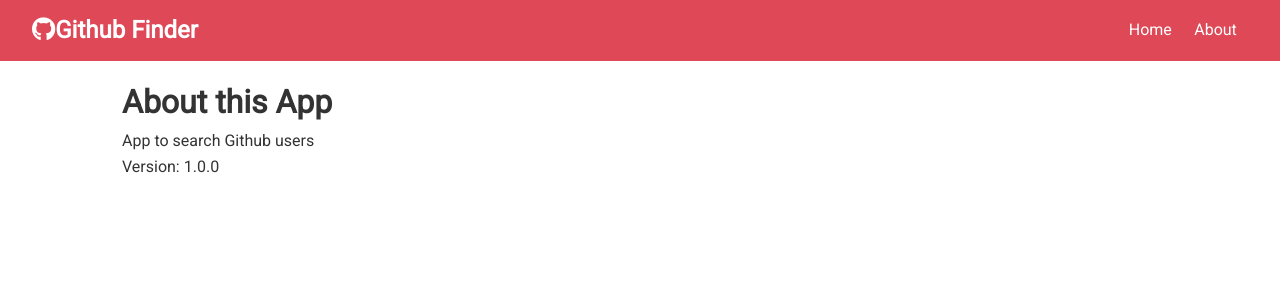
Repository: messimacky/github-finder
Page: /about
These files come from the project's save history. The page is drawn as it stood at one moment and after the next save; the edit follows.
The browser window is 1280 px wide. The pictures show the whole page.
Some web libraries are served in a nearby version. The project was rebuilt for these pictures with package versions that can differ from the ones it lists, and the page was loaded fresh each time. Also part of the build but not shown: src/users/UserItem.js, src/components/layout/Spinner.js, src/users/Users.js, src/users/User.js, src/users/Search.js, src/components/layout/Alert.js.

Above is the page before, as saved 2022-02-26 17:28:01.

### public/index.html
<!DOCTYPE html>
<html lang="en">
  <head>
    <meta charset="utf-8" />
    <link rel="icon" href="%PUBLIC_URL%/favicon.ico" />
    <meta name="viewport" content="width=device-width, initial-scale=1" />
    <meta name="theme-color" content="#000000" />
    <meta
      name="description"
      content="Web site created using create-react-app"
    />
    <link rel="apple-touch-icon" href="%PUBLIC_URL%/logo192.png" />

    <link rel="manifest" href="%PUBLIC_URL%/manifest.json" />

    <link
    rel="stylesheet"
    href="https://use.fontawesome.com/releases/v5.8.2/css/all.css"
    integrity="sha384-oS3vJWv+0UjzBfQzYUhtDYW+Pj2yciDJxpsK1OYPAYjqT085Qq/1cq5FLXAZQ7Ay"
    crossorigin="anonymous"
  />

    <title>React App</title>
  </head>
  <body>
    <noscript>You need to enable JavaScript to run this app.</noscript>
    <div id="root"></div>
  </body>
</html>

### src/App.js
import React, { Fragment, Component } from 'react';
import { BrowserRouter as Router, Switch, Route } from 'react-router-dom';
import Navbar from './components/layout/Navbar';
import Users from './users/Users';
import User from './users/User';
import Search from './users/Search';
import Alert from './components/layout/Alert';
import About from './components/pages/About';
import axios from 'axios';
import './App.css';

class App extends React.Component {
  state = {
    users: [],
    user: {},
    loading: false,
    alert: null
  }

  // async componentDidMount() {
  // this.setState({ loading: true });

  // const res = await axios.get(
  // `https://api.github.com/users?client_id=$
  // {process.env.REACT_APP_GITHUB_CLIENT_ID
  // }&client_secret=${process.env.REACT_APP_GITHUB_CLIENT_SECRET}`
  // );

  // this.setState({ users: res.data, loading: false });
  // }

  //Search Github users
  searchUsers = async text => {
    this.setState({ loading: true })

    const res = await axios.get(
      `https://api.github.com/search/users?q=${text}&client_id=${process.env.REACT_APP_GITHUB_CLIENT_ID
      }&client_secret=${process.env.REACT_APP_GITHUB_CLIENT_SECRET}`
    );

    this.setState({ users: res.data.items, loading: false });
  };


  //Get single Github user
  getUser = async (username) => {
    this.setState({ loading: true })

    const res = await axios.get(
      `https://api.github.com/users/${username}?client_id=${process.env.REACT_APP_GITHUB_CLIENT_ID
      }&client_secret=${process.env.REACT_APP_GITHUB_CLIENT_SECRET}`
    );

    this.setState({ user: res.data, loading: false });

  }

  //Clear users from state

  clearUsers = () => this.setState({ users: [], loading: false });

  //Set Alert

  setAlert = (msg, type) => {
    this.setState({ alert: { msg, type } });

    setTimeout(() => this.setState({ alert: null }), 5000)
  };

  render() {
    const { users, user, loading } = this.state;
    // const numbers = [1, 2, 3, 4];



    return (
      <Router>

        <div className='App'>
          <Navbar />
          <div className="container">
            <Alert alert={this.state.alert} />
            <Switch>
              <Route
                exact path='/'
                render={props => (
                  <Fragment>
                    <Search
                      searchUsers={this.searchUsers}
                      clearUsers={this.clearUsers}
                      showClear={users.length > 0 ? true : false}
                      setAlert={this.setAlert}
                    />
                    <Users loading={loading} users={users} />
                  </Fragment>
                )}

              />
              <Route exact path='/about' component={About} />
              <Route exact path='/user/:login' render={props => (
                <User {...props} getUser={this.getUser} user={user} loading={loading} />
              )} />
            </Switch>


          </div>
        </div>
      </Router>

    );
  }

}

export default App;

### src/components/layout/Navbar.js
import React from 'react'
import PropTypes from 'prop-types';
import { Link } from 'react-router-dom';

const Navbar = ({ icon, title }) => {
  return (
    <nav className='navbar bg-primary'>
      <h1>
        <i className={icon} />
        {title}

      </h1>

      <ul>
        <li>
          <Link to='/'>Home</Link>
        </li>
        <li>
          <Link to='/about'>About</Link>
        </li>

      </ul>
    </nav>
  );
}

Navbar.defaultProps = {
  title: "Github Finder",
  icon: "fab fa-github"
}

Navbar.propTypes = {
  title: PropTypes.string.isRequired,
  icon: PropTypes.string.isRequired
};
export default Navbar

### src/components/pages/About.js
import React, { Fragment } from 'react';

const About = () => {
    return (
        <Fragment>
            <h1> About this App</h1>
            <p>App to search Github users</p>
            <p>Version: 1.0.0</p>
        </Fragment>
    );
};

export default About;

### src/App.css
@import url("https://fonts.googleapis.com/css?family=Roboto");

/* Global Styles */
:root {
  --primary-color: #dc3545;;
  --dark-color: #333333;
  --light-color: #f4f4f4;
  --danger-color: #dc3545;
  --success-color: #28a745;
}

* {
  box-sizing: border-box;
  margin: 0;
  padding: 0;
}

body {
  font-family: "Roboto", sans-serif;
  font-size: 1rem;
  line-height: 1.6;
  background-color: #fff;
  color: #333;
}

a {
  color: var(--primary-color);
  text-decoration: none;
}

a:hover {
  color: #666;
}

ul {
  list-style: none;
}

img {
  width: 100%;
}

/* Utilities */
.container {
  max-width: 1100px;
  margin: auto;
  overflow: hidden;
  padding: 0 2rem;
}

/* Text Styles*/
.x-large {
  font-size: 4rem;
  line-height: 1.2;
  margin-bottom: 1rem;
}

.large {
  font-size: 3rem;
  line-height: 1.2;
  margin-bottom: 1rem;
}

.lead {
  font-size: 1.5rem;
  margin-bottom: 1rem;
}

.text-center {
  text-align: center;
}

.text-primary {
  color: var(--primary-color);
}

.text-dark {
  color: var(--dark-color);
}

.text-success {
  color: var(--success-color);
}

.text-danger {
  color: var(--danger-color);
}

.text-center {
  text-align: center;
}

.text-right {
  text-align: right;
}

.text-left {
  text-align: left;
}

/* Center All */
.all-center {
  display: flex;
  flex-direction: column;
  width: 100%;
  margin: auto;
  justify-content: center;
  align-items: center;
  text-align: center;
}

/* Cards */
.card {
  padding: 1rem;
  border: #ccc 1px dotted;
  margin: 0.7rem 0;
}

/* List */
.list {
  margin: 0.5rem 0;
}

.list li {
  padding-bottom: 0.3rem;
}

/* Padding */
.p {
  padding: 0.5rem;
}
.p-1 {
  padding: 1rem;
}
.p-2 {
  padding: 2rem;
}
.p-3 {
  padding: 3rem;
}
.py {
  padding: 0.5rem 0;
}
.py-1 {
  padding: 1rem 0;
}
.py-2 {
  padding: 2rem 0;
}
.py-3 {
  padding: 3rem 0;
}

/* Margin */
.m {
  margin: 0.5rem;
}
.m-1 {
  margin: 1rem;
}
.m-2 {
  margin: 2rem;
}
.m-3 {
  margin: 3rem;
}
.my {
  margin: 0.5rem 0;
}
.my-1 {
  margin: 1rem 0;
}
.my-2 {
  margin: 2rem 0;
}
.my-3 {
  margin: 3rem 0;
}

/* Grid */
.grid-2 {
  display: grid;
  grid-template-columns: repeat(2, 1fr);
  grid-gap: 1rem;
}

.grid-3 {
  display: grid;
  grid-template-columns: repeat(3, 1fr);
  grid-gap: 1rem;
}

.grid-4 {
  display: grid;
  grid-template-columns: repeat(4, 1fr);
  grid-gap: 1rem;
}

.btn {
  display: inline-block;
  background: var(--light-color);
  color: #333;
  padding: 0.4rem 1.3rem;
  font-size: 1rem;
  border: none;
  cursor: pointer;
  margin-right: 0.5rem;
  transition: opacity 0.2s ease-in;
  outline: none;
}

.btn-link {
  background: none;
  padding: 0;
  margin: 0;
}

.btn-block {
  display: block;
  width: 100%;
}

.btn-sm {
  font-size: 0.8rem;
  padding: 0.3rem 1rem;
  margin-right: 0.2rem;
}

.badge {
  display: inline-block;
  font-size: 0.8rem;
  padding: 0.2rem 0.7rem;
  text-align: center;
  margin: 0.3rem;
  background: var(--light-color);
  color: #333;
  border-radius: 5px;
}

.alert {
  padding: 0.7rem;
  margin: 1rem 0;
  opacity: 0.9;
  background: var(--light-color);
  color: #333;
}

.btn-primary,
.bg-primary,
.badge-primary,
.alert-primary {
  background: var(--primary-color);
  color: #fff;
}

.btn-light,
.bg-light,
.badge-light,
.alert-light {
  background: var(--light-color);
  color: #333;
}

.btn-dark,
.bg-dark,
.badge-dark,
.alert-dark {
  background: var(--dark-color);
  color: #fff;
}

.btn-danger,
.bg-danger,
.badge-danger,
.alert-danger {
  background: var(--danger-color);
  color: #fff;
}

.btn-success,
.bg-success,
.badge-success,
.alert-success {
  background: var(--success-color);
  color: #fff;
}

.btn-white,
.bg-white,
.badge-white,
.alert-white {
  background: #fff;
  color: #333;
  border: #ccc solid 1px;
}

.btn:hover {
  opacity: 0.8;
}

.bg-light,
.badge-light {
  border: #ccc solid 1px;
}

.round-img {
  border-radius: 50%;
}

/* Forms */
input {
  margin: 1.2rem 0;
}

.form-text {
  display: block;
  margin-top: 0.3rem;
  color: #888;
}

input[type="text"],
input[type="email"],
input[type="password"],
input[type="date"],
select,
textarea {
  display: block;
  width: 100%;
  padding: 0.4rem;
  font-size: 1.2rem;
  border: 1px solid #ccc;
}

input[type="submit"],
button {
  font: inherit;
}

table th,
table td {
  padding: 1rem;
  text-align: left;
}

table th {
  background: var(--light-color);
}

/* Navbar */
.navbar {
  display: flex;
  justify-content: space-between;
  align-items: center;
  padding: 0.7rem 2rem;
  z-index: 1;
  width: 100%;
  opacity: 0.9;
  margin-bottom: 1rem;
}

.navbar ul {
  display: flex;
}

.navbar a {
  color: #fff;
  padding: 0.45rem;
  margin: 0 0.25rem;
}

.navbar a:hover {
  color: var(--light-color);
}

.navbar .welcome span {
  margin-right: 0.6rem;
}

/* Mobile Styles */
@media (max-width: 700px) {
  .hide-sm {
    display: none;
  }

  .grid-2,
  .grid-3,
  .grid-4 {
    grid-template-columns: 1fr;
  }

  /* Text Styles */
  .x-large {
    font-size: 3rem;
  }

  .large {
    font-size: 2rem;
  }

  .lead {
    font-size: 1rem;
  }

  /* Navbar */
  .navbar {
    display: block;
    text-align: center;

  }

  .navbar ul {
    text-align: center;
    justify-content: center;
  }
}

Loaded but not shown: src/index.js (common file)

After the next save:
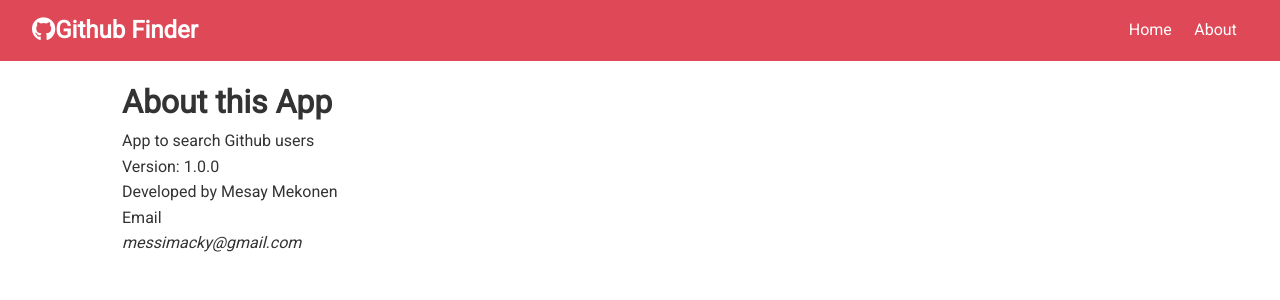
Saved 21 h 38 min later.
--- a/src/components/pages/About.js
+++ b/src/components/pages/About.js
@@ -6,6 +6,8 @@ const About = () => {
             <h1> About this App</h1>
             <p>App to search Github users</p>
             <p>Version: 1.0.0</p>
+            <p>Developed by Mesay Mekonen</p>
+            <p>Email <address> messimacky@gmail.com</address></p>
         </Fragment>
     );
 };
